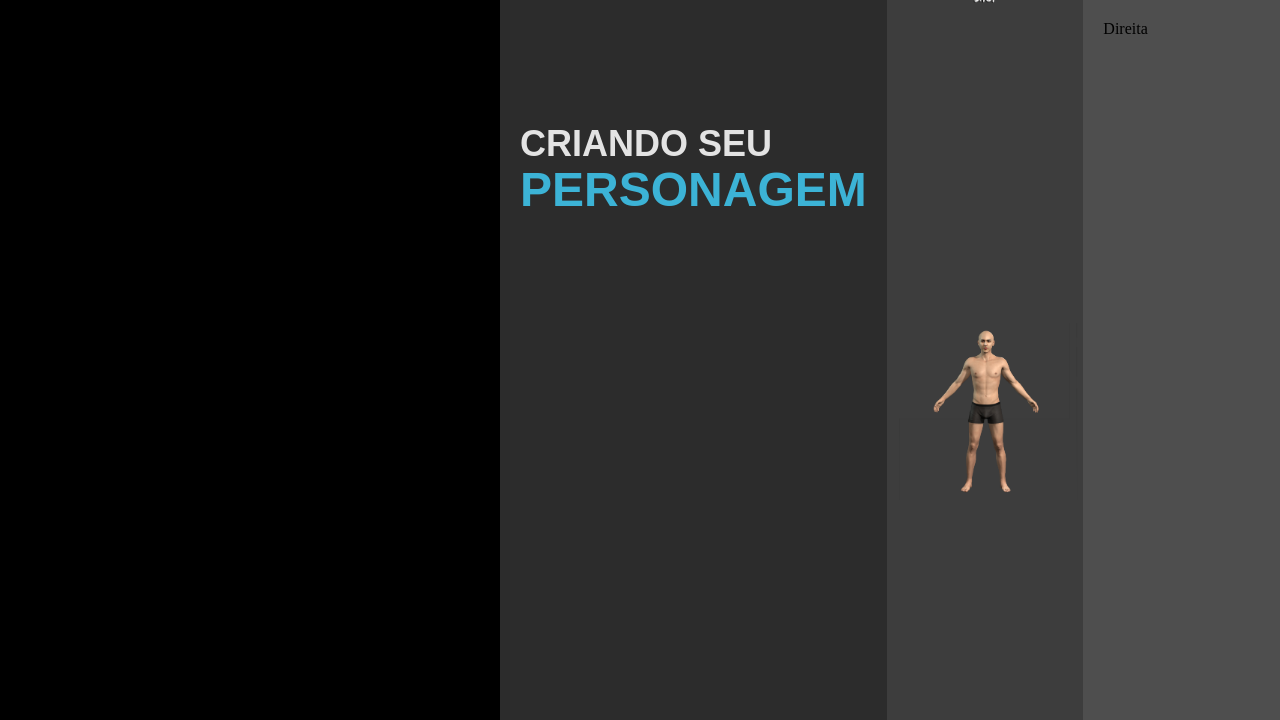
Repository: DuMCorrea/CriandoPerso
Page: index.html
An editor plug-in stored every save of this project. The page is shown before and after the next save, followed by the edit.
The browser window is 1280 px wide. The pictures show the whole page.

Above is the page before, as saved 2024-08-27 20:58:11.

After the next save:
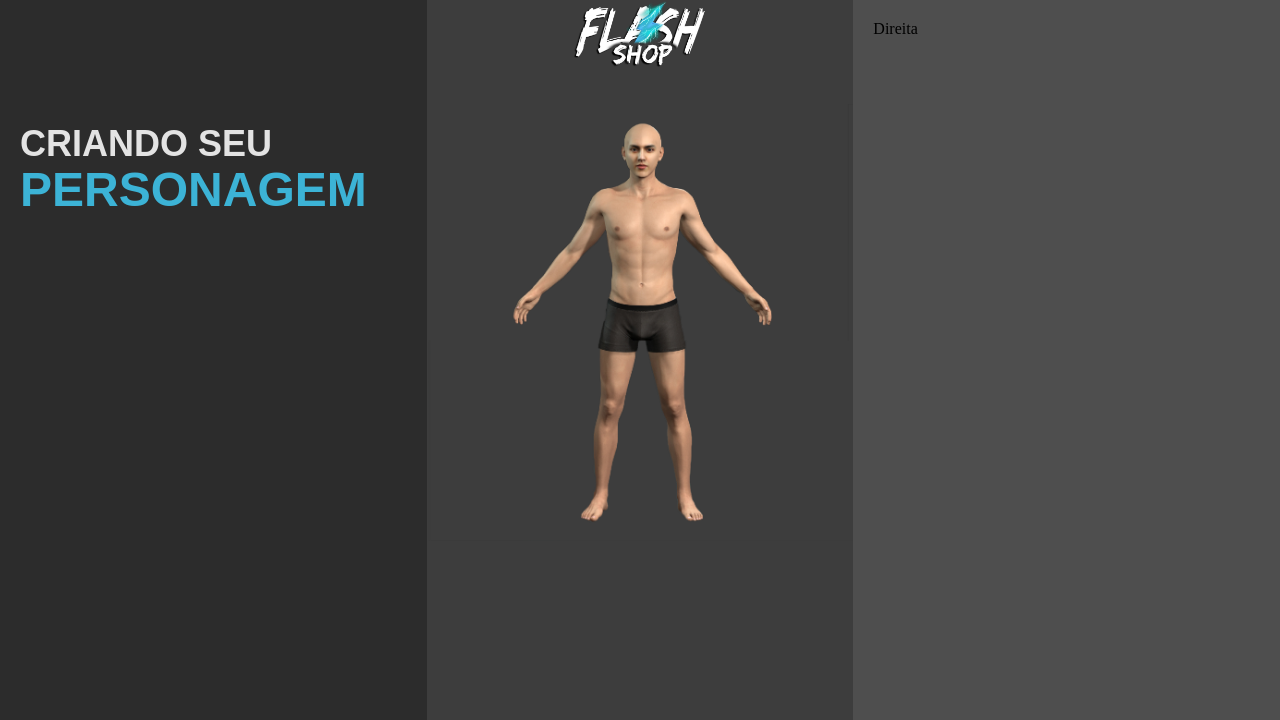
Saved 8 s later.
--- a/styles.css
+++ b/styles.css
@@ -33,7 +33,7 @@
     flex-direction: column;
     justify-content: flex-start;
     align-items: flex-start;
-    margin-left: 500px; /* Aumenta a margem esquerda para mover o título mais para a direita */
+
 }
 
 .title {
